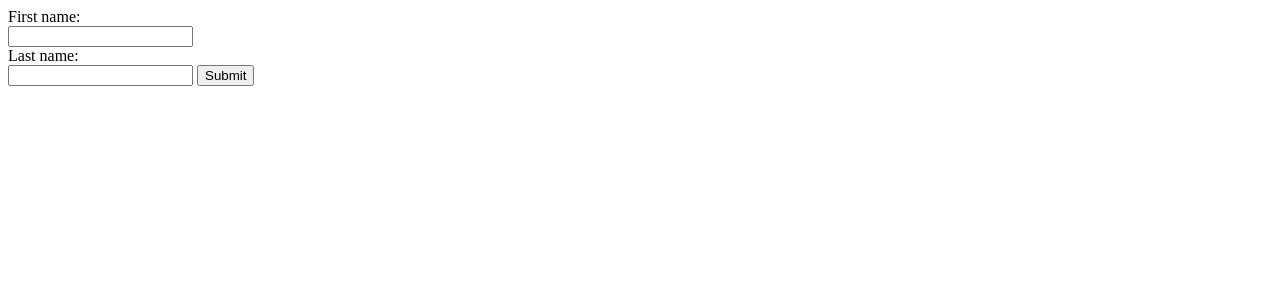
Repository: Jeevith-U/Advance-Java
Page: Hidden_Form_Field/src/main/webapp/forms.html
The author's editor kept a copy of each file at every save. The page is drawn from the files as they stood at one save, then again after the next save.
The browser window is 1280 px wide. The pictures show the whole page.

Above is the page before, as saved 2023-08-17 10:56:27.

After the next save:
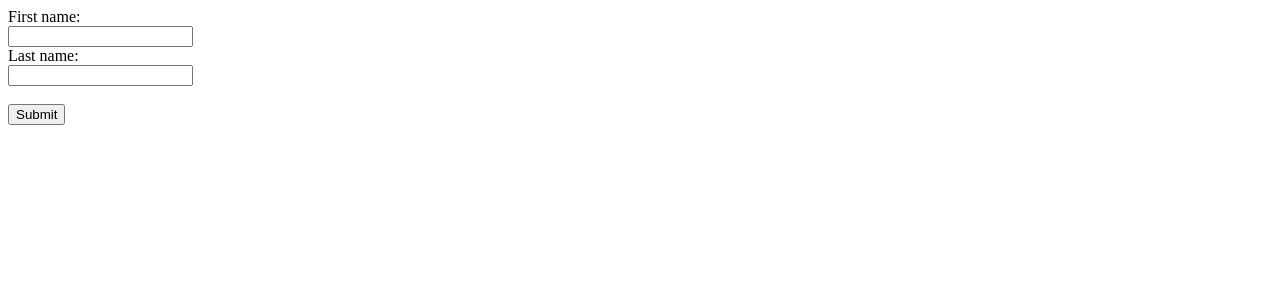
Saved 14 s later.
--- a/Hidden_Form_Field/src/main/webapp/forms.html
+++ b/Hidden_Form_Field/src/main/webapp/forms.html
@@ -10,8 +10,8 @@
   <label for="fname">First name:</label><br>
   <input type="text" id="fname" name="fname"><br>
   <label for="lname">Last name:</label><br>
-  <input type="text" id="lname" name="lname">
-  <input type="submit" value="Submit"><br><br>
+  <input type="text" id="lname" name="lname"><br><br>
+  <input type="submit" value="Submit">
 </form>
 </body>
 </html>
